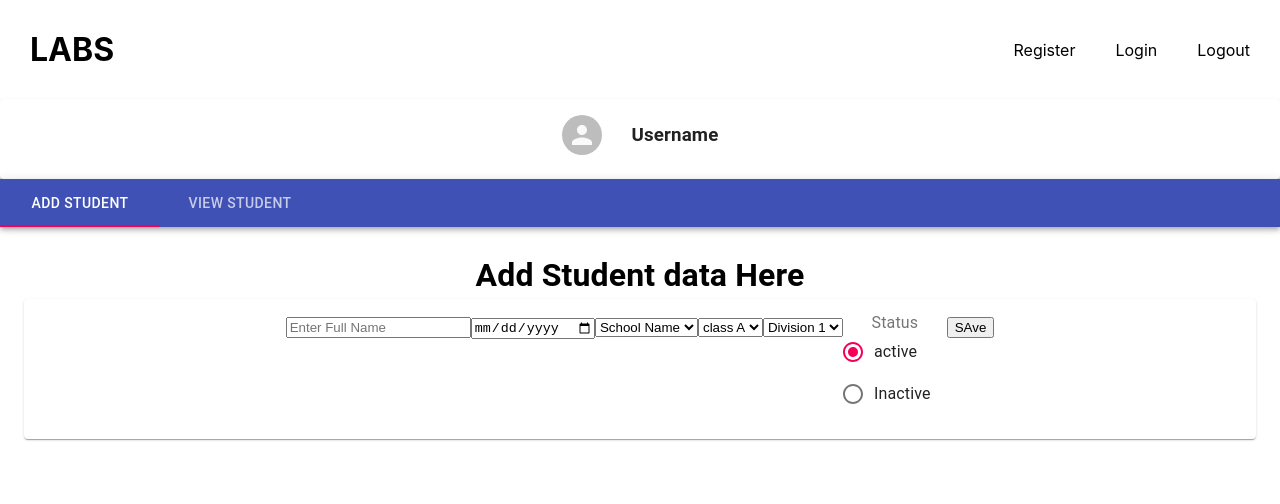
Repository: Prafullkuma/labsdata
Page: /admin
The author's editor kept a copy of each file at every save. The page is drawn from the files as they stood at one save, then again after the next save.
The browser window is 1280 px wide. The pictures show the whole page.
The project was rebuilt for these pictures with package versions that can differ from the ones it lists, and the page was loaded fresh each time. Also part of the build but not shown: src/Component/Student/ViewStudent.js, src/Component/Main.js, src/Auth/Login.js, src/Auth/Signup.js, src/Auth/Logout.js.

Above is the page before, as saved 2020-08-25 18:19:33.

### src/App.js
import React from 'react';
import './App.css';
import Nav from './Component/Nav'
import Admin from './Component/Admin'
import Main from './Component/Main'
import Login from './Auth/Login'
import Signup from './Auth/Signup'
import Logout from './Auth/Logout'
import { BrowserRouter as Router, Route } from 'react-router-dom'
function App() {
  return (
    <div className="App">
      <Router>
        <Nav />
        <Route path="/logout" component={Logout} />
        <Route path="/signup" component={Signup} />
        <Route path="/login" component={Login} />
        <Route path="/admin" component={Admin} />
        <Route exact path="/" component={Main} />
      </Router>
    </div>
  );
}

export default App;

### src/Component/Nav.js
import React from 'react'
import './Nav.css'
import { Link } from 'react-router-dom'
function Nav() {
    return (
        <div className="Navbar">
            <h1> <Link to="/"> LABS</Link></h1>
            <ul>
                <li><Link to="/signup"> Register</Link></li>
                <li><Link to="/login">Login</Link></li>
                <li><Link to="/logout">Logout</Link>
                </li>
            </ul>
        </div>
    )
}

export default Nav

### src/Component/Admin.js
import React from 'react'
import { Avatar, Card, CardContent, Typography } from '@material-ui/core'
import './Admin.css'
import Details from './Details/Details'
function Admin() {
    return (
        <div>
            <Card className="all_data">
                <CardContent>
                    <Typography className="userdata">

                        <Avatar />
                        <h3>Username</h3>
                    </Typography>
                </CardContent>
            </Card>
            <Details />
        </div>
    )
}

export default Admin

### src/Component/Nav.css
.Navbar{
    padding: 30px;
    display: flex;
    justify-content: space-between;
    align-items: center;

}
a{
    text-decoration: none;
    color:black;
    }
ul,li{
    list-style: none;
    float: left;
    margin-left: 40px;
}

### src/Component/Admin.css
.userdata{
    display: flex;
    justify-content: right;
    align-items: center;
}
h3{
    margin-left: 30px;
}

### src/Component/Details/Details.js
import React from 'react'
import './details.css'
import { AppBar, Tabs, Tab, Typography } from '@material-ui/core'
import { makeStyles } from '@material-ui/core/styles';
import PropTypes from 'prop-types';
import Box from '@material-ui/core/Box';
import Addstudent from '../Student/Addstudent';
import ViewStudent from '../Student/ViewStudent';

const useStyles = makeStyles((theme) => ({
    root: {
        flexGrow: 1,
        backgroundColor: theme.palette.background.paper,
    },
}));

function a11yProps(index) {
    return {
        id: `simple-tab-${index}`,
        'aria-controls': `simple-tabpanel-${index}`,
    };
}
TabPanel.propTypes = {
    children: PropTypes.node,
    index: PropTypes.any.isRequired,
    value: PropTypes.any.isRequired,
};
function TabPanel(props) {
    const { children, value, index, ...other } = props;

    return (
        <div
            role="tabpanel"
            hidden={value !== index}
            id={`simple-tabpanel-${index}`}
            aria-labelledby={`simple-tab-${index}`}
            {...other} >
            {value === index && (
                <Box p={3}>
                    <Typography>{children}</Typography>
                </Box>
            )}
        </div>
    );
}

function Details() {
    const classes = useStyles();
    const [value, setValue] = React.useState(0);

    const handleChange = (event, newValue) => {
        setValue(newValue);
    };
    return (
        <div className="items">
            <div className="items_data">
                <AppBar position="static">
                    <Tabs value={value} onChange={handleChange} aria-label="simple tabs example">
                        <Tab label="Add Student" {...a11yProps(0)} />
                        <Tab label="View Student" {...a11yProps(1)} />
                    </Tabs>
                </AppBar>
            </div>
            <TabPanel value={value} index={0}>
                <h1>  Add Student data Here</h1>
                <Addstudent />
            </TabPanel>
            <TabPanel value={value} index={1}>
                <h1>  View Student Data</h1>
                <ViewStudent />
            </TabPanel>
        </div>
    )
}


export default Details

### src/Component/Details/details.css
.items{
    text-align: center;

}
.items_data{
    text-align: center;
}

### src/Component/Student/Addstudent.js
import React, { useState } from 'react'
import './addstudent.css'
import { Card, CardContent, Typography } from '@material-ui/core'
import Radio from '@material-ui/core/Radio';
import RadioGroup from '@material-ui/core/RadioGroup';
import FormControlLabel from '@material-ui/core/FormControlLabel';
import FormControl from '@material-ui/core/FormControl';
import FormLabel from '@material-ui/core/FormLabel';
import { db } from '../../firebase'
function Addstudent() {
    const [name, setName] = useState('')
    const [date, setDate] = useState('')
    const [Sname, setSname] = useState('')
    const [classs, setClasss] = useState('')
    const [division, setDivision] = useState('')
    const [value, setValue] = useState('active');
    const handleChange = (event) => {
        setValue(event.target.value);
    };
    const saveDataHanlder = (e) => {
        e.preventDefault()
    }
    return (
        <div>
            <p>{division}</p>
            <Card className="all_data">
                <CardContent>
                    <Typography className="userdata">
                        <form onSubmit={saveDataHanlder}>
                            <input type="text"
                                value={name}
                                onChange={e => setName(e.target.value)}
                                placeholder="Enter Full Name" />
                            <input type="date" value={date}
                                onChange={e => setDate(e.target.value)}
                                className="'date enchiladac" />

                            <select value={Sname} onChange={e => setSname(e.target.value)}>
                                <option value="school1">School Name</option>
                                <option value="school1">School Name</option>
                                <option value="school1">School Name</option>
                            </select>
                            <select value={classs} onChange={e => setClasss(e.target.value)}>
                                <option value="class A">class A</option>
                                <option value="class A">class b</option>
                                <option value="class A">class c</option>
                            </select>
                            <select value={division} onChange={e => setDivision(e.target.value)}>
                                <option value="Division 1">Division 1</option>
                                <option value="Division 1">Division 1</option>
                                <option value="Division 1">Division 1</option>
                            </select>

                            <FormControl component="fieldset">
                                <FormLabel component="legend">Status</FormLabel>
                                <RadioGroup aria-label="gender" name="gender1" value={value} onChange={handleChange}>
                                    <FormControlLabel value="active" control={<Radio />} label="active" />
                                    <FormControlLabel value="inactive" control={<Radio />} label="Inactive" />
                                </RadioGroup>
                            </FormControl>
                            <button type="submit"> SAve</button>
                        </form>
                    </Typography>
                </CardContent>
            </Card>
        </div >
    )
}

export default Addstudent

### src/Component/Student/addstudent.css
.userdata{
    display: flex;
    justify-content:center;
    align-items: center;
}
h3{
    margin-left: 30px;
}

### src/firebase.js
import firebase from 'firebase'

import 'firebase/firestore'
import 'firebase/auth'

var firebaseConfig = {
    apiKey: "AIzaSyDBjwEIOoHjkS1sD05WaYhi0mxlrS6cIds",
    authDomain: "labsdata-13bd9.firebaseapp.com",
    databaseURL: "https://labsdata-13bd9.firebaseio.com",
    projectId: "labsdata-13bd9",
    storageBucket: "labsdata-13bd9.appspot.com",
    messagingSenderId: "673732582527",
    appId: "1:673732582527:web:3f4a8688ae38e1fa14f34a",
    measurementId: "G-1QEVCBTCNL"
};
// Initialize Firebase
const data = firebase.initializeApp(firebaseConfig);
const db = data.firestore()
const auth = data.auth()

export { db, auth, firebase as default }

Loaded but not shown: public/index.html (common file); src/index.js (common file); src/index.css (common file); src/serviceWorker.js (common file); src/App.css (common file); src/Component/Main.css (no stored copy; drawn as an empty file); src/Component/Student/viewstudent.css (no stored copy; drawn as an empty file)

After the next save:
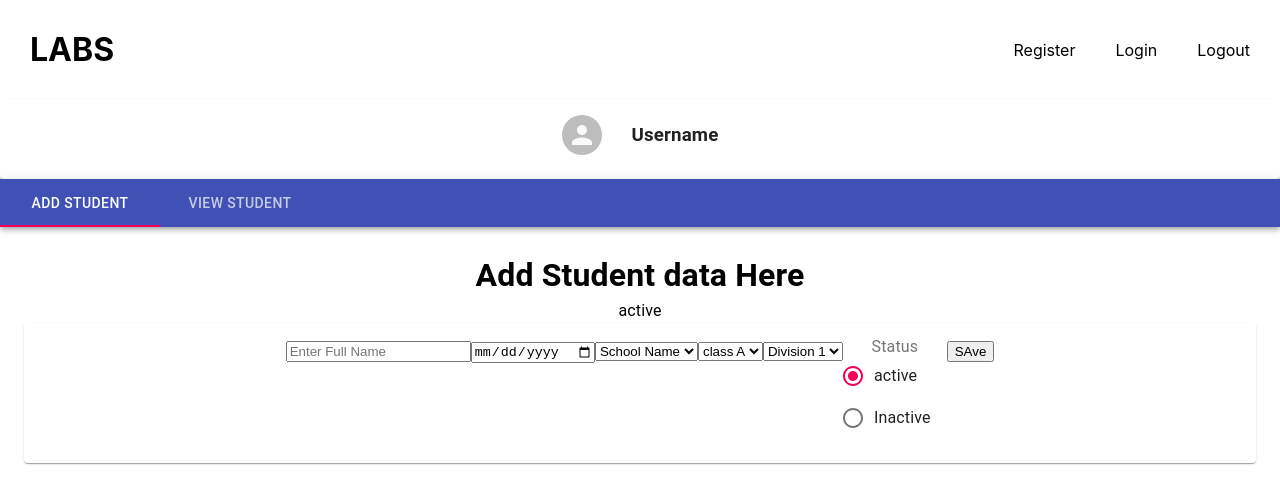
Saved 22 s later.
--- a/src/Component/Student/Addstudent.js
+++ b/src/Component/Student/Addstudent.js
@@ -22,7 +22,7 @@
     }
     return (
         <div>
-            <p>{division}</p>
+            <p>{value}</p>
             <Card className="all_data">
                 <CardContent>
                     <Typography className="userdata">

After the 5 saves that followed:
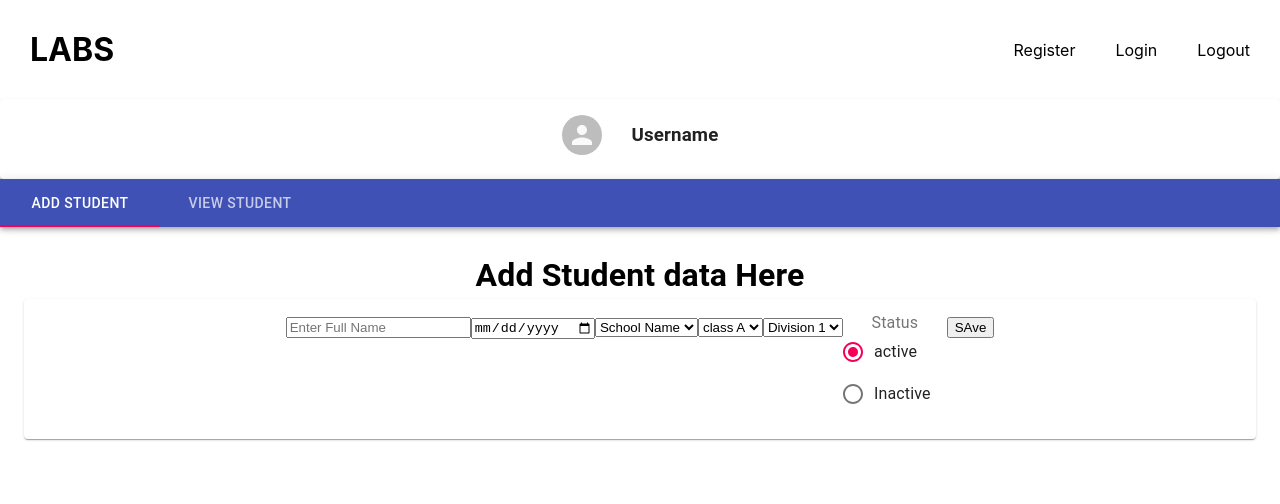
The 5 saves are shown as one change because 4 left the picture as it was.
The last was saved 3 min 21 s later.
--- a/src/Component/Student/Addstudent.js
+++ b/src/Component/Student/Addstudent.js
@@ -19,10 +19,17 @@
     };
     const saveDataHanlder = (e) => {
         e.preventDefault()
+        db.collection('addStudent').add({
+            name: name,
+            date: date,
+            schoolname: Sname,
+            class: classs,
+            division: division,
+            status: value
+        })
     }
     return (
         <div>
-            <p>{value}</p>
             <Card className="all_data">
                 <CardContent>
                     <Typography className="userdata">
@@ -50,7 +57,6 @@
                                 <option value="Division 1">Division 1</option>
                                 <option value="Division 1">Division 1</option>
                             </select>
-
                             <FormControl component="fieldset">
                                 <FormLabel component="legend">Status</FormLabel>
                                 <RadioGroup aria-label="gender" name="gender1" value={value} onChange={handleChange}>
